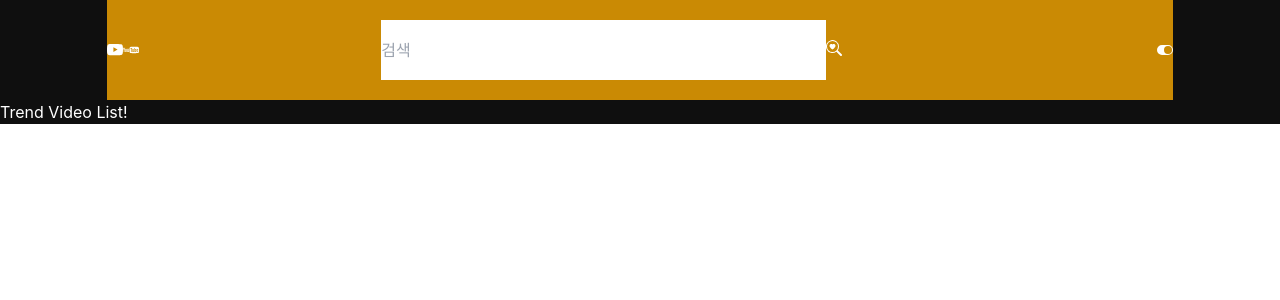
Repository: dnjfht/self-youtube
Page: /
The author's editor kept a copy of each file at every save. The page is drawn from the files as they stood at one save, then again after the next save.
The browser window is 1280 px wide. The pictures show the whole page.
The project was rebuilt for these pictures with package versions that can differ from the ones it lists, and the page was loaded fresh each time. Also part of the build but not shown: src/page/Detail.jsx, src/page/NotFoundPage.jsx.

Above is the page before, as saved 2023-06-23 15:32:31.

### src/App.js
import { RouterProvider, createBrowserRouter } from "react-router-dom";
import Videos from "./page/Videos";
import Root from "./page/Root";
import Detail from "./page/Detail";
import NotFoundPage from "./page/NotFoundPage";

function App() {
  const router = createBrowserRouter([
    {
      path: "/",
      element: <Root />,
      children: [
        { index: true, element: <Videos /> },
        { path: "/videos", element: <Videos /> },
        { path: "/videos/:keyword", element: <Videos /> },
        { path: "/videos/watch/:videoId", element: <Detail /> },
        { path: "*", element: <NotFoundPage /> },
      ],
    },
  ]);
  return <RouterProvider router={router} />;
}

export default App;

### src/page/Videos.jsx
import React, { useContext } from "react";
import { useParams } from "react-router-dom";
import { DarkModeContext } from "../context/DarkModeContext";

export default function Home() {
  const { keyword } = useParams();
  console.log(keyword);

  const { darkMode } = useContext(DarkModeContext);

  return (
    <div
      className={`${
        darkMode ? "bg-[#0f0f0f] text-white" : "bg-[#ffc2c29c] text-[#282828]"
      }`}
    >
      <h2>{keyword ? `${keyword} Video List!` : "Trend Video List!"}</h2>
    </div>
  );
}

### src/page/Root.jsx
import React from "react";
import Navbar from "../components/Navbar";
import { Outlet } from "react-router-dom";
import { DarkModeProvider } from "../context/DarkModeContext";

export default function Root() {
  return (
    <DarkModeProvider>
      <div>
        <Navbar />
        <Outlet />
      </div>
    </DarkModeProvider>
  );
}

### src/context/DarkModeContext.js
import { createContext, useState } from "react";

export const DarkModeContext = createContext();

export function DarkModeProvider({ children }) {
  const [darkMode, setDarkMode] = useState(true);

  const toggleDarkMode = () => {
    setDarkMode((prev) => !prev);
  };

  return (
    <DarkModeContext.Provider value={{ darkMode, toggleDarkMode }}>
      {children}
    </DarkModeContext.Provider>
  );
}

### src/components/Navbar.jsx
import React, { useContext, useState } from "react";
import {
  BsYoutube,
  BsSearchHeart,
  BsToggleOff,
  BsToggleOn,
} from "react-icons/bs";
import { ImYoutube2 } from "react-icons/im";
import { DarkModeContext } from "../context/DarkModeContext";
import { useNavigate } from "react-router-dom";

export default function Navbar() {
  const { darkMode, toggleDarkMode } = useContext(DarkModeContext);
  const [text, setText] = useState("");
  console.log(text);

  const navigate = useNavigate();

  return (
    <div
      className={`${
        darkMode ? "bg-[#0f0f0f] text-white" : "bg-[#ffc2c29c] text-[#282828]"
      } w-full h-[100px]`}
    >
      <div className="w-10/12 h-[100%] py-[20px] box-border mx-auto flex justify-between items-center bg-yellow-600">
        <div className="flex">
          <BsYoutube />
          <ImYoutube2 />
        </div>

        <form
          className="w-6/12 h-[100%]"
          onSubmit={(e) => {
            e.preventDefault();
            navigate(`/videos/${text}`);
          }}
        >
          <input
            className="w-5/6 h-[100%]"
            type="text"
            placeholder="검색"
            onChange={(e) => {
              setText(e.target.value);
            }}
          />
          <button>
            <BsSearchHeart />
          </button>
        </form>

        <button onClick={toggleDarkMode}>
          {darkMode ? <BsToggleOn /> : <BsToggleOff />}
        </button>
      </div>
    </div>
  );
}

Loaded but not shown: public/index.html (common file); src/index.js (common file); src/index.css (common file); src/reportWebVitals.js (common file); tailwind.config.js (common file)

After the next save:
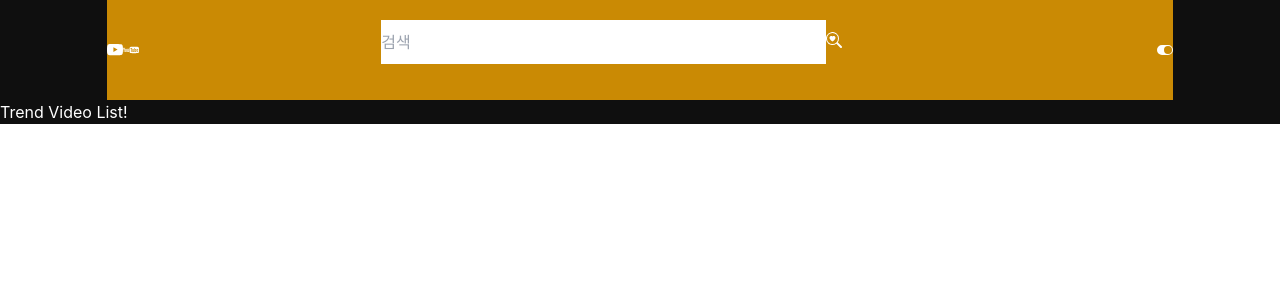
Saved 27 s later.
--- a/src/components/Navbar.jsx
+++ b/src/components/Navbar.jsx
@@ -36,7 +36,7 @@
           }}
         >
           <input
-            className="w-5/6 h-[100%]"
+            className="w-5/6 h-[44px]"
             type="text"
             placeholder="검색"
             onChange={(e) => {
